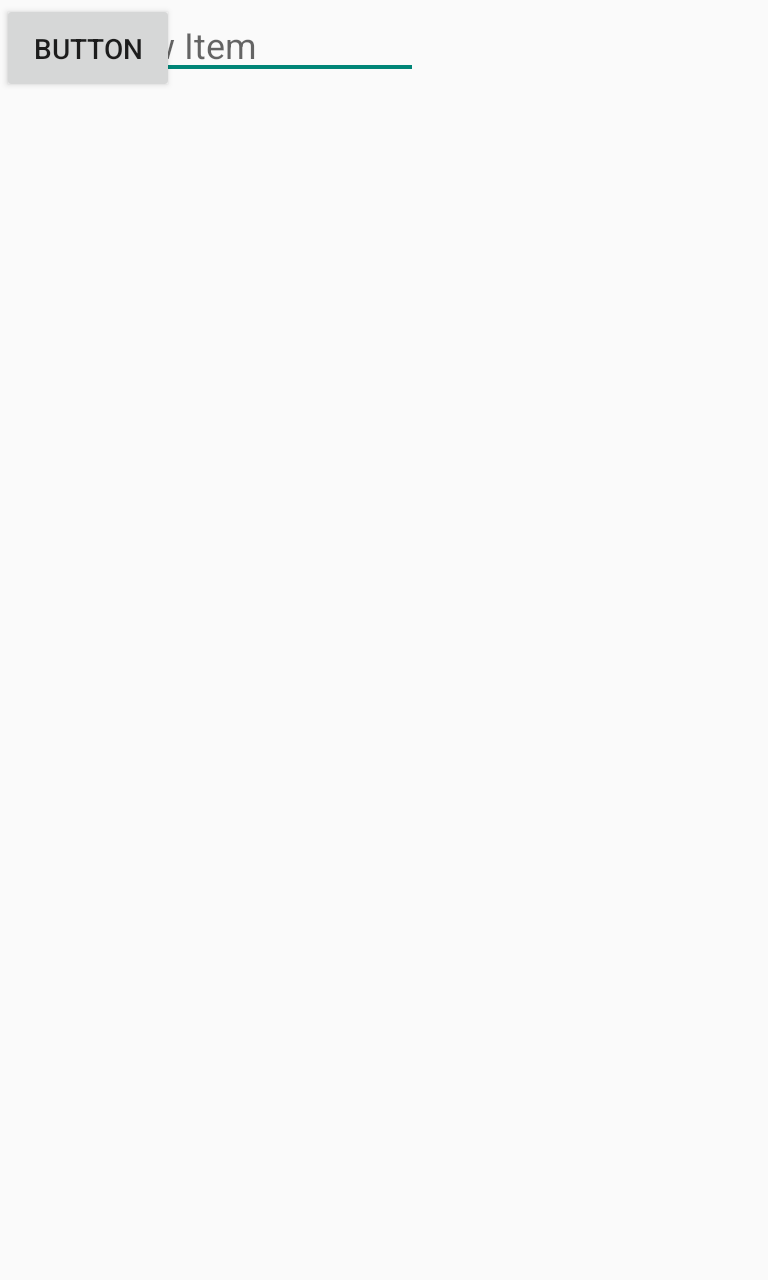
Repository: dvnraju2003/AndroidBootCamp
Layout: ToDoApp/res/layout/activity_todo.xml
These files come from the project's save history. The layout is drawn as it stood at one moment and after the next save; the edit follows.
It is drawn on a 768 x 1280 px phone screen (xhdpi) without system bars, with theme AppTheme; the app's code is not run. Lists and similar views that code fills are empty.

Above is the layout before, as saved 2014-05-09 04:46:48.

After the next save:
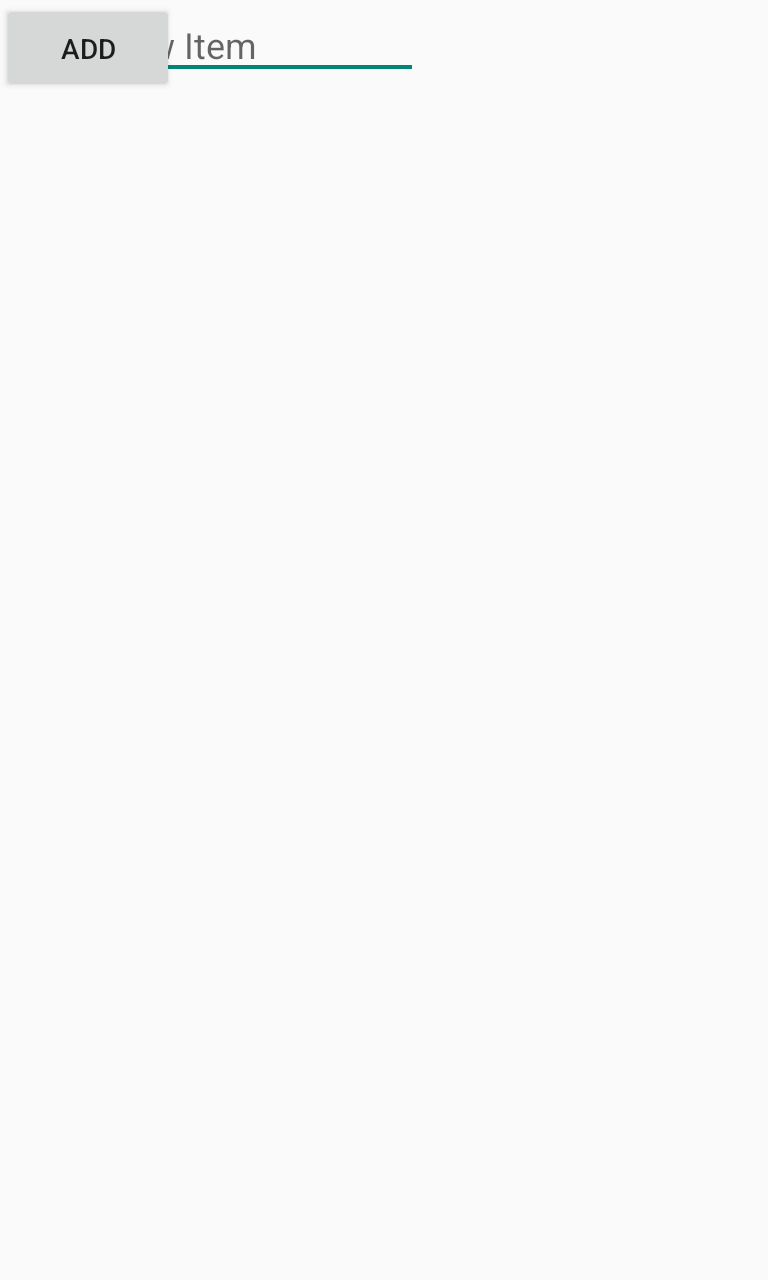
Saved 13 s later.
--- a/ToDoApp/res/layout/activity_todo.xml
+++ b/ToDoApp/res/layout/activity_todo.xml
@@ -20,7 +20,7 @@
         android:id="@+id/button1"
         android:layout_width="wrap_content"
         android:layout_height="wrap_content"
-        android:text="Button" />
+        android:text="@string/add_button_label" />
 
     <ListView
         android:id="@+id/listView1"
